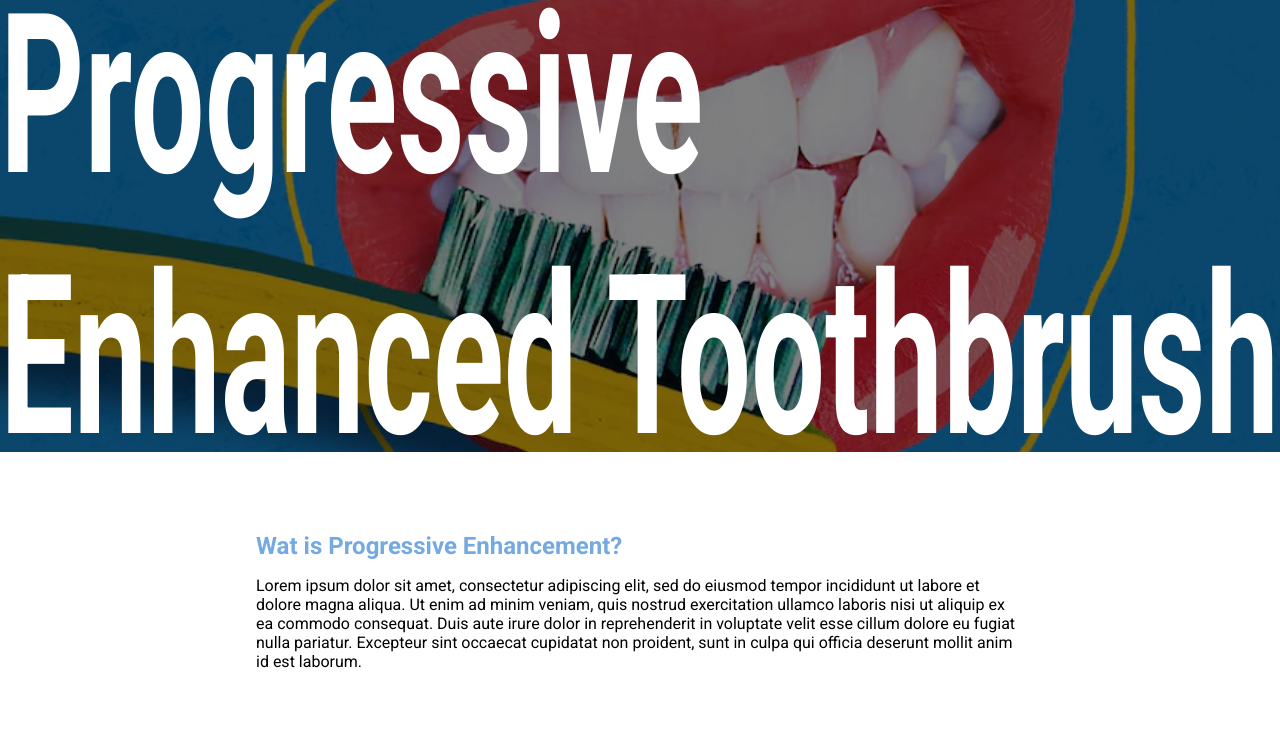
Repository: norakramer1/browser-technologies-2122
Page: progressive-enhanced-toothbrush-main/index.html
These files come from the project's save history. The page is drawn as it stood at one moment and after the next save; the edit follows.
The browser window is 1280 px wide. The pictures show the whole page.

Above is the page before, as saved 2022-03-23 12:18:43.

### progressive-enhanced-toothbrush-main/index.html
<!DOCTYPE html>
<html lang="en">
<head>
    <meta charset="UTF-8">
    <meta http-equiv="X-UA-Compatible" content="IE=edge">
    <meta name="viewport" content="width=device-width, initial-scale=1.0">
    <title>Progressive Enhanced Toothbrush</title>
    <link rel="stylesheet" href="style.css">
    <link href="https://fonts.googleapis.com/css2?family=Roboto:ital,wght@0,100;0,300;0,400;0,500;0,700;0,900;1,100;1,300;1,400;1,500;1,700;1,900&display=swap" rel="stylesheet">
</head>
<body>
    <header>
        <h1>Progressive Enhanced Toothbrush</h1>
    </header>
    <main>
        <article>
            <h2>Wat is Progressive Enhancement?</h2>
            <p>Lorem ipsum dolor sit amet, consectetur adipiscing elit, sed do eiusmod tempor incididunt ut labore et dolore magna aliqua. Ut enim ad minim veniam, quis nostrud exercitation ullamco laboris nisi ut aliquip ex ea commodo consequat. Duis aute irure dolor in reprehenderit in voluptate velit esse cillum dolore eu fugiat nulla pariatur. Excepteur sint occaecat cupidatat non proident, sunt in culpa qui officia deserunt mollit anim id est laborum.</p>
        </article>
    </main>

    <script src="script.js"></script>
</body>
</html>

### progressive-enhanced-toothbrush-main/style.css
* {
    padding: 0;
    margin: 0;
    font-family: "Roboto", sans-serif;
}

header {
    background-image: linear-gradient(to bottom, rgba(0,0,0, .5), rgba(0,0,0, .5)),
    url('img/header.webp');
    background-size: cover;
    background-position: center;
    background-repeat: no-repeat;
    width: 100vw;
    padding: 10vh 0;
    display: grid;
    place-items: center;
}

h1 {
    color: white;
    font-size: 10.25vw;
    display: inline;
    transform: scaleY(1.7);
}

main {
    padding: 5rem 20vw;
}

h2 {
    color: #75A9E1;
    margin-bottom: 1rem;
}

Loaded but not shown: progressive-enhanced-toothbrush-main/script.js (no stored copy; drawn as an empty file)

After the next save:
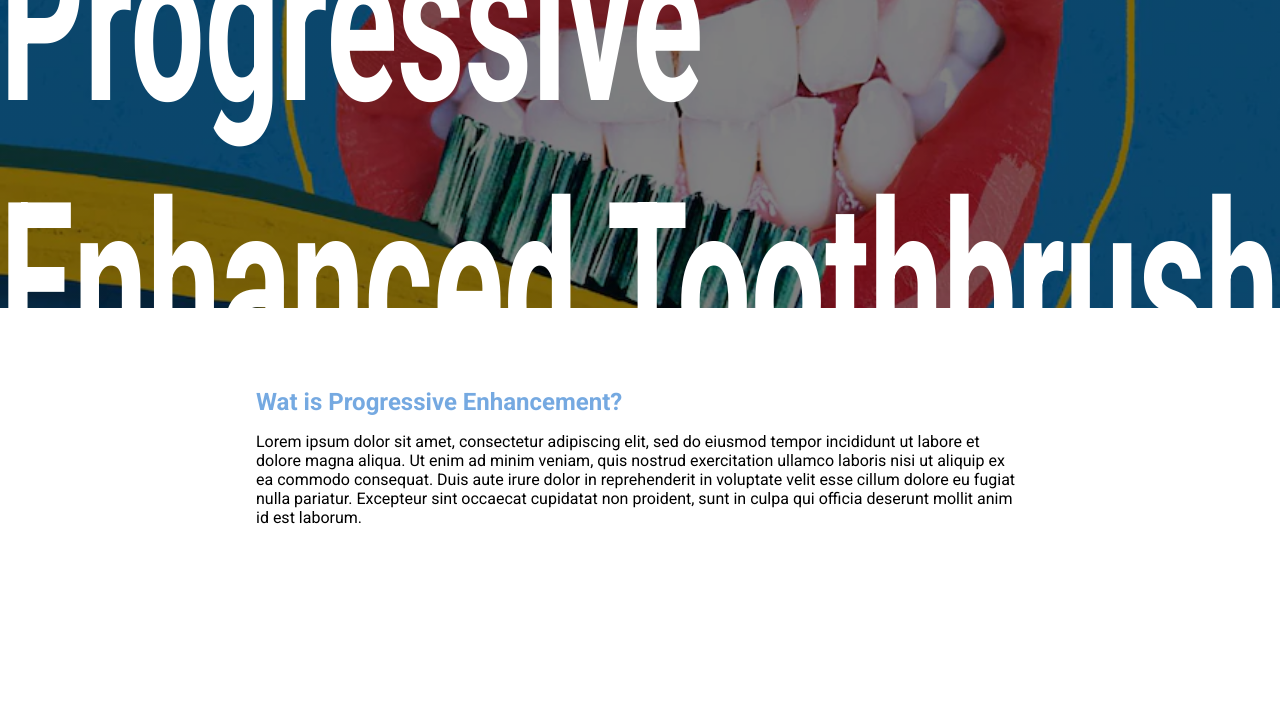
Saved 6 s later.
--- a/progressive-enhanced-toothbrush-main/style.css
+++ b/progressive-enhanced-toothbrush-main/style.css
@@ -11,7 +11,6 @@
     background-position: center;
     background-repeat: no-repeat;
     width: 100vw;
-    padding: 10vh 0;
     display: grid;
     place-items: center;
 }

After the save that followed:
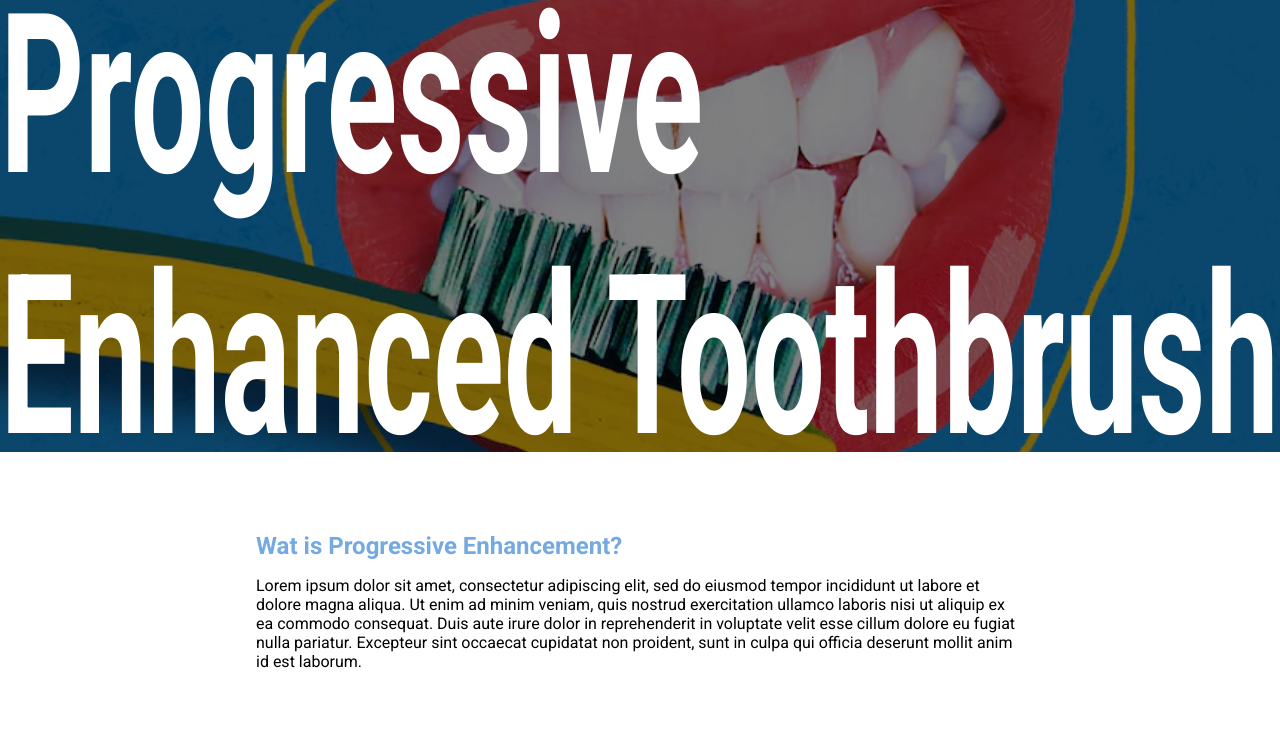
Saved 6 s later.
--- a/progressive-enhanced-toothbrush-main/style.css
+++ b/progressive-enhanced-toothbrush-main/style.css
@@ -11,6 +11,7 @@
     background-position: center;
     background-repeat: no-repeat;
     width: 100vw;
+    padding: 10vh 0;
     display: grid;
     place-items: center;
 }
